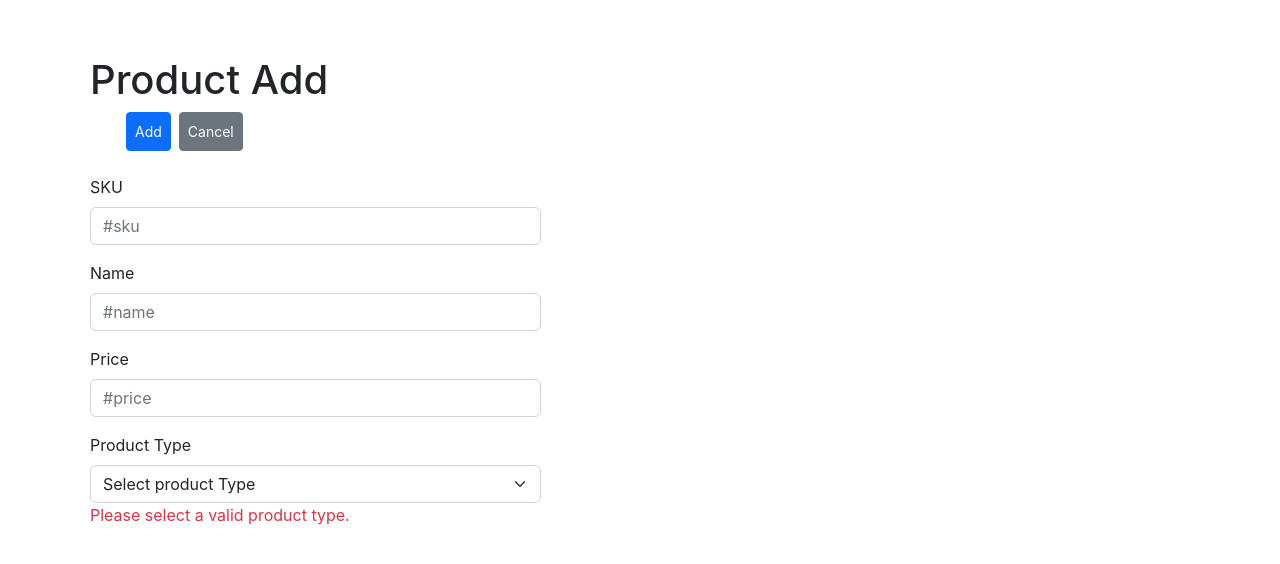
Repository: MagdyAbouelnasr/scandiweb_project
Page: /addproduct
An editor plug-in stored every save of this project. The page is shown before and after the next save, followed by the edit.
The browser window is 1280 px wide. The pictures show the whole page.
The project was rebuilt for these pictures with package versions that can differ from the ones it lists, and the page was loaded fresh each time. Also part of the build but not shown: src/App.css, src/components/Product/Product-style.scss, src/components/Product/Product.css, src/components/Pages/ProductList.jsx, src/components/ProductAdd/Book.component.jsx, src/components/ProductAdd/DVD.component.jsx, src/components/ProductAdd/Furniture.component.jsx, src/App.jsx.

Above is the page before, as saved 2023-05-09 01:30:54.

After the next save:
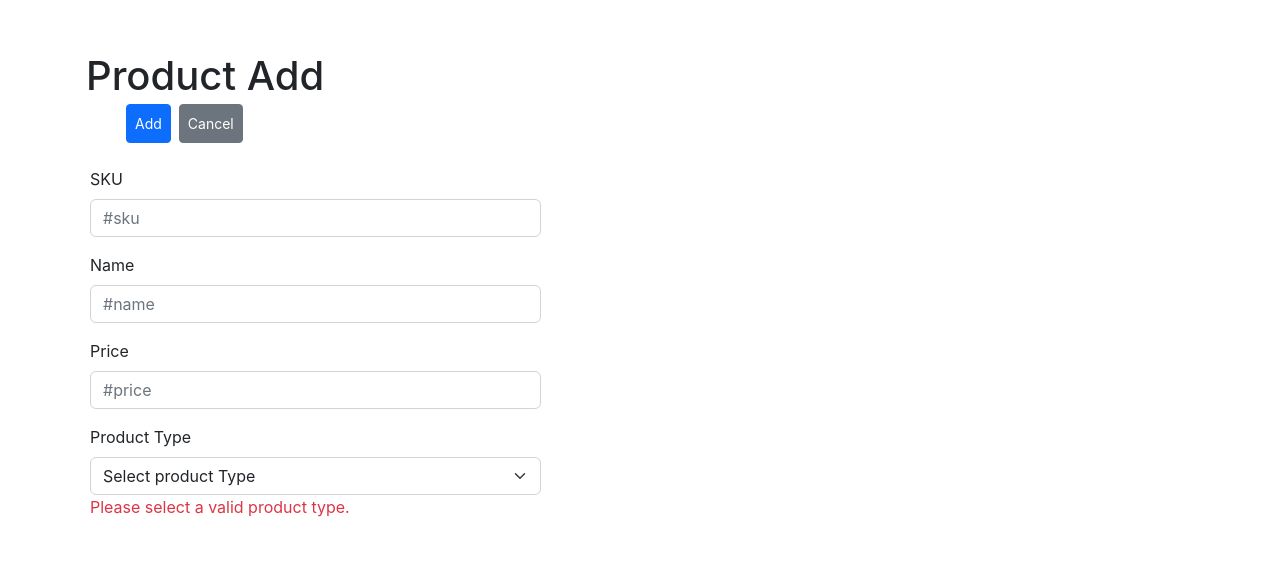
Saved 4 s later.
--- a/src/components/Pages/ProductAdd.jsx
+++ b/src/components/Pages/ProductAdd.jsx
@@ -126,7 +126,7 @@ function ProductAdd() {
     <Form id="product_form" onSubmit={handleSubmit}>
       <div className="container  mt-5">
         <div className="row">
-          <h1 className="page-header text-header col-md-8 text-start m-2">Product Add</h1>
+          <h1 className="page-header text-header col-md-8 text-start m-1">Product Add</h1>
           <div className="col-4 ps-5 ms-0">
             <Button type="submit" className="p-2 ms-2" variant="primary" size="sm">
               Add
